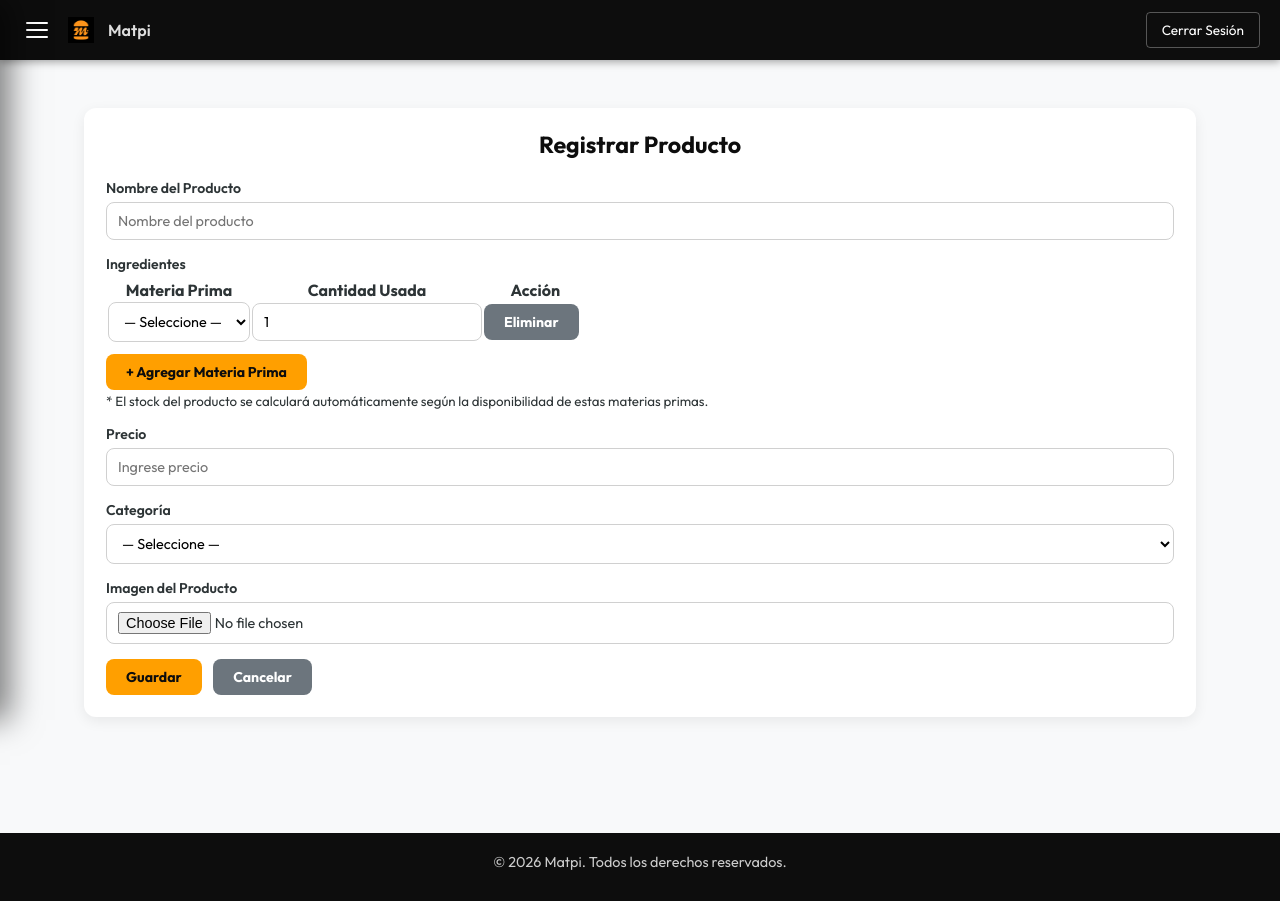
Repository: JuanFelipeNieto/MATPI-Python
Page: MATPI/productos/templates/productos/registrar.html
The author's editor kept a copy of each file at every save. The page is drawn from the files as they stood at one save, then again after a run of saves.
The browser window is 1280 px wide. The pictures show the whole page.
The template is drawn by Django 5.2. The application's start-up code is not run. Other server files are loaded and not shown. The template is opened directly, without the code that normally fills it, so the values that code supplies are empty.

Above is the page before, as saved 2026-03-17 18:49:16.

### MATPI/productos/templates/productos/registrar.html
{% extends 'base.html' %}

{% block title %}Registrar Producto — Matpi{% endblock %}

{% block content %}
<div class="formulario-seccion">
    <h1>Registrar Producto</h1>

    <form method="POST" action="{% url 'registrar_producto' %}" enctype="multipart/form-data">
        {% csrf_token %}



        <div class="form-group">
            <label for="txt_nombre">Nombre del Producto</label>
            <input type="text" id="txt_nombre" name="txt_nombre" placeholder="Nombre del producto" required>
        </div>

        <div class="form-group">
            <label>Ingredientes</label>
            <div class="table-container">
                <table class="table" id="tabla-composicion">
                    <thead>
                        <tr>
                            <th>Materia Prima</th>
                            <th>Cantidad Usada</th>
                            <th>Acción</th>
                        </tr>
                    </thead>
                    <tbody id="body-composicion">
                        <tr class="fila-materia">
                            <td>
                                <select name="materia_id[]" class="form-control" required>
                                    <option value="">— Seleccione —</option>
                                    {% for materia in materias_primas %}
                                        <option value="{{ materia.id }}">{{ materia.nombre_materia_prima }} ({{ materia.unidad_medida }})</option>
                                    {% endfor %}
                                </select>
                            </td>
                            <td>
                                <input type="number" name="materia_cantidad[]" class="form-control" value="1" min="1" required>
                            </td>
                            <td>
                                <button type="button" class="btn btn-cancelar btn-sm" onclick="eliminarFila(this)">Eliminar</button>
                            </td>
                        </tr>
                    </tbody>
                </table>
            </div>
            <button type="button" class="btn btn-azul btn-sm" onclick="agregarFila()" style="margin-top: 10px;">+ Agregar Materia Prima</button>
            <p><small>* El stock del producto se calculará automáticamente según la disponibilidad de estas materias primas.</small></p>
        </div>

        <!-- Eliminamos el campo manual de Cantidad en Stock ya que ahora es automático -->

        <div class="form-group">
            <label for="txt_precio">Precio</label>
            <input type="number" id="txt_precio" name="txt_precio" placeholder="Ingrese precio" required>
        </div>

        <div class="form-group">
            <label for="txt_categoria">Categoría</label>
            <select id="txt_categoria" name="txt_categoria">
                <option value="">— Seleccione —</option>
                <option value="Hamburguesas">Hamburguesas</option>
                <option value="Perros Calientes">Perros Calientes</option>
                <option value="Entradas y Snacks">Entradas y Snacks</option>
                <option value="Combos">Combos</option>
                <option value="Bebidas">Bebidas</option>
                <option value="Postres">Postres</option>
                <option value="Adiciones">Adiciones</option>
                <option value="Salsas">Salsas</option>
            </select>
        </div>

        <div class="form-group">
            <label for="txt_imagen">Imagen del Producto</label>
            <input type="file" id="txt_imagen" name="txt_imagen" accept="image/*">
        </div>

        <button type="submit" class="btn btn-guardar">Guardar</button>
        <a href="{% url 'listar_productos' %}" class="btn btn-cancelar">Cancelar</a>
    </form>
</div>

<script>
    function agregarFila() {
        const tbody = document.getElementById('body-composicion');
        const filas = tbody.getElementsByClassName('fila-materia');
        const nuevaFila = filas[0].cloneNode(true);
        const select = nuevaFila.querySelector('select');
        const input = nuevaFila.querySelector('input');
        if(select) select.value = "";
        if(input) input.value = "1";
        tbody.appendChild(nuevaFila);
    }
    function eliminarFila(boton) {
        const tbody = document.getElementById('body-composicion');
        if (tbody.rows.length > 1) {
            boton.closest('tr').remove();
        } else {
            alert("El producto debe tener al menos una materia prima.");
        }
    }
</script>
{% endblock %}

### MATPI/templates/base.html
{% load static %}
<!DOCTYPE html>
<html lang="es">

<head>
    <meta charset="UTF-8">
    <meta name="viewport" content="width=device-width, initial-scale=1.0">
    <title>{% block title %}Matpi{% endblock %}</title>
    <link rel="icon" href="{% static 'img/Favicon.png' %}">
    <link rel="preconnect" href="https://fonts.googleapis.com">
    <link rel="preconnect" href="https://fonts.gstatic.com" crossorigin>
    <link href="https://fonts.googleapis.com/css2?family=Outfit:wght@300;400;600;700&display=swap" rel="stylesheet">
    <link rel="stylesheet" href="{% static 'css/matpi.css' %}">
    {% block extra_css %}{% endblock %}
</head>

<body>

    <div class="sidebar-overlay" id="sidebarOverlay"></div>

    <aside class="sidebar" id="sidebar">
        <button class="sidebar-close-btn" id="sidebarCloseBtn" title="Cerrar menú">✕</button>

        <div class="sidebar-header">
            <a href="{% url 'dashboard' %}" class="sidebar-header-link">
                <img src="{% static 'img/Logomatpi.png' %}" alt="Matpi" class="sidebar-logo">
                <span class="sidebar-brand">Matpi</span>
            </a>
        </div>

        <nav class="sidebar-nav">
            <div class="nav-section">
                <span class="nav-section-label">General</span>
                <a href="{% url 'dashboard' %}" class="sidebar-link" title="Dashboard">
                    <span class="sidebar-icon">🏠</span>
                    <span class="sidebar-label">Dashboard</span>
                </a>
            </div>

            <div class="nav-section">
                <span class="nav-section-label">Operaciones</span>
                <a href="{% url 'listar_pedidos' %}" class="sidebar-link" title="Pedidos">
                    <span class="sidebar-icon">📋</span>
                    <span class="sidebar-label">Pedidos</span>
                </a>
                <a href="{% url 'listar_facturas' %}" class="sidebar-link" title="Facturas">
                    <span class="sidebar-icon">💰</span>
                    <span class="sidebar-label">Facturas</span>
                </a>
                <a href="{% url 'listar_reservas' %}" class="sidebar-link" title="Reservas">
                    <span class="sidebar-icon">🪑</span>
                    <span class="sidebar-label">Reservas</span>
                </a>
                <a href="{% url 'listar_clientes' %}" class="sidebar-link" title="Clientes">
                    <span class="sidebar-icon">👥</span>
                    <span class="sidebar-label">Clientes</span>
                </a>
            </div>

            <div class="nav-section">
                <span class="nav-section-label">Inventario</span>
                <a href="{% url 'listar_productos' %}" class="sidebar-link" title="Productos">
                    <span class="sidebar-icon">🍔</span>
                    <span class="sidebar-label">Productos</span>
                </a>
                <a href="{% url 'listar_materia_prima' %}" class="sidebar-link" title="Materia Prima">
                    <span class="sidebar-icon">🥬</span>
                    <span class="sidebar-label">Materia Prima</span>
                </a>
                <a href="{% url 'listar_proveedores' %}" class="sidebar-link" title="Proveedores">
                    <span class="sidebar-icon">🚚</span>
                    <span class="sidebar-label">Proveedores</span>
                </a>
            </div>

            {% if es_admin %}
            <div class="nav-section">
                <span class="nav-section-label">Administración</span>
                <a href="{% url 'listar_usuarios' %}" class="sidebar-link" title="Gestión de Cajeros">
                    <span class="sidebar-icon">👤</span>
                    <span class="sidebar-label">Cajeros</span>
                </a>
            </div>
            {% endif %}

        </nav>

        <a href="{% url 'ver_perfil' request.session.usuario_id %}" class="sidebar-footer" title="Mi Perfil">
            <div class="user-avatar-mini" style="width: 35px; height: 35px; background: var(--primary); border-radius: 10px; display: flex; align-items: center; justify-content: center; font-size: 1.2rem; color: var(--black); font-weight: bold; flex-shrink: 0;">
                👤
            </div>
            <div class="sidebar-label" style="overflow: hidden; text-overflow: ellipsis; white-space: nowrap;">
                <span style="display: block; color: var(--white); font-weight: 600;">{{ request.session.usuario_nombre|default:"Usuario" }}</span>
                <small style="font-size: 0.65rem; color: var(--primary); font-weight: 800; text-transform: uppercase;">
                    {% if es_admin %}ADMINISTRADOR{% else %}CAJERO{% endif %}
                </small>
            </div>
        </a>
    </aside>

    <div class="page-wrapper" id="pageWrapper">
        <header class="topbar">
            <button class="topbar-menu-btn" id="topbarMenuBtn" title="Abrir menú">
                <span class="hamburger-line"></span>
                <span class="hamburger-line"></span>
                <span class="hamburger-line"></span>
            </button>
            <a href="{% url 'dashboard' %}" class="topbar-logo-link">
                <img src="{% static 'img/Logomatpi.png' %}" alt="Matpi" class="topbar-logo">
            </a>
            <span class="topbar-title">Matpi</span>

            <a href="{% url 'logout' %}" class="logout-btn" style="margin-left: auto; color: white; text-decoration: none; padding: 8px 15px; font-size: 0.85em; border: 1px solid rgba(255,255,255,0.3); border-radius: 4px;" onclick="return confirm('¿Estás seguro de que deseas cerrar sesión?');">Cerrar Sesión</a>
        </header>

        <main>
            {% if messages %}
                <div class="messages-container" style="padding: 15px 20px 0 20px;">
                    {% for message in messages %}
                        <div class="alert alert-{{ message.tags }}"
                             style="padding: 12px; margin-bottom: 10px; border-radius: 6px; border-left: 5px solid
                                    {% if message.tags == 'error' %} #721c24; background-color: #f8d7da; color: #721c24;
                                    {% elif message.tags == 'success' %} #155724; background-color: #d4edda; color: #155724;
                                    {% else %} #856404; background-color: #fff3cd; color: #856404; {% endif %}">
                            {{ message }}
                        </div>
                    {% endfor %}
                </div>
            {% endif %}

            <div class="content-body" style="padding: 20px;">
                {% block content %}{% endblock %}
            </div>
        </main>

        <footer>
            <p>© 2026 Matpi. Todos los derechos reservados.</p>

        </footer>
    </div>

    <script>
        (function () {
            const sidebar = document.getElementById('sidebar');
            const overlay = document.getElementById('sidebarOverlay');
            const openBtn = document.getElementById('topbarMenuBtn');
            const closeBtn = document.getElementById('sidebarCloseBtn');

            function openSidebar() {
                sidebar.classList.add('open');
                overlay.classList.add('active');
                document.body.classList.add('sidebar-open');
            }

            function closeSidebar() {
                sidebar.classList.remove('open');
                overlay.classList.remove('active');
                document.body.classList.remove('sidebar-open');
            }

            openBtn.addEventListener('click', openSidebar);
            closeBtn.addEventListener('click', closeSidebar);
            overlay.addEventListener('click', closeSidebar);

            // Resaltar link activo
            const currentPath = window.location.pathname;
            document.querySelectorAll('.sidebar-link').forEach(function (link) {
                const href = link.getAttribute('href');
                // Si estamos en la raíz del dashboard o en una sub-url del módulo
                if (href === currentPath || (href !== '/' && currentPath.startsWith(href))) {
                    link.classList.add('active');
                }
            });
        })();
    </script>

</body>
</html>

Loaded but not shown: MATPI/static/css/matpi.css (795 lines, source omitted)

After the next 2 saves:
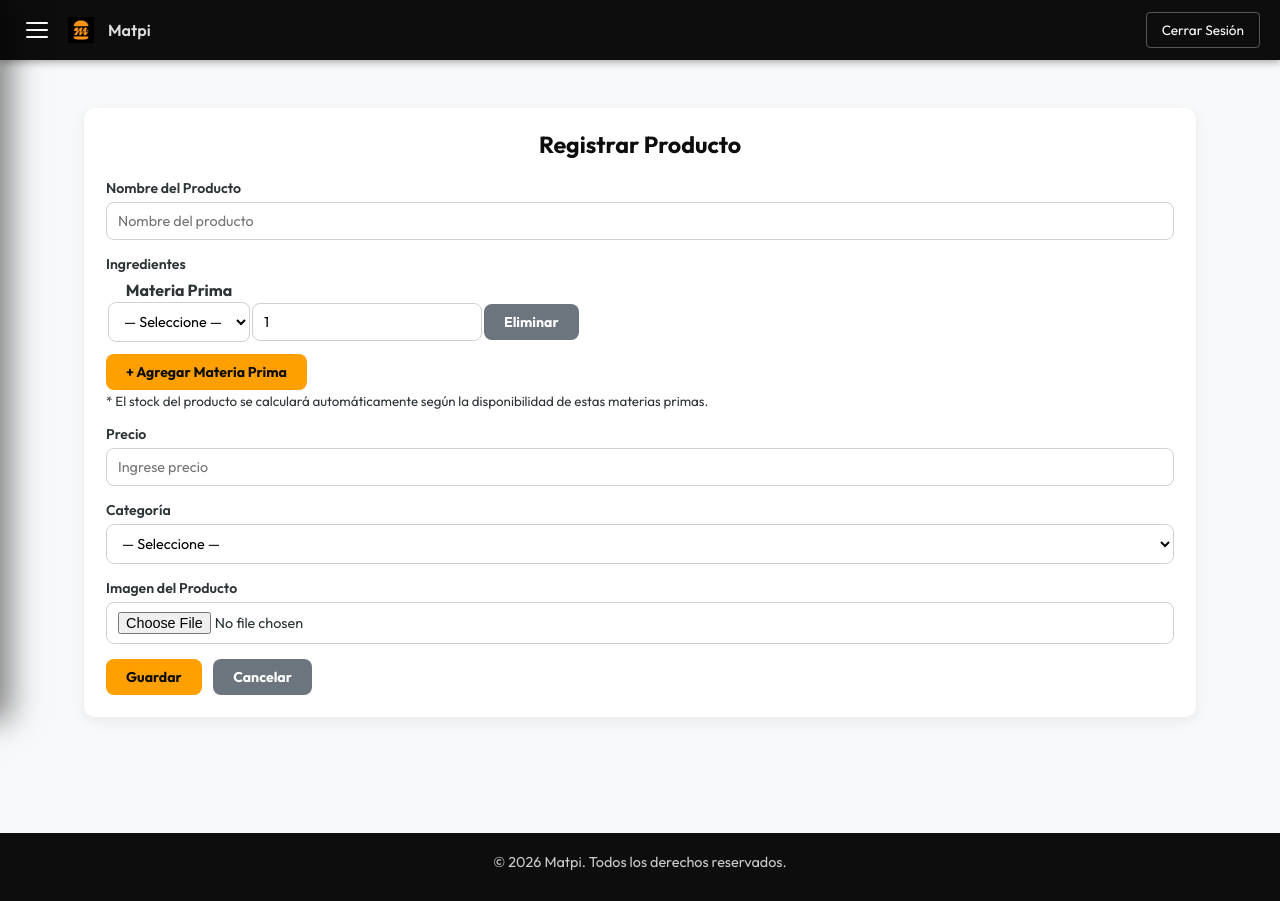
The 2 saves are shown as one change because they came seconds apart.
The last was saved 10 s later.
--- a/MATPI/productos/templates/productos/registrar.html
+++ b/MATPI/productos/templates/productos/registrar.html
@@ -23,8 +23,6 @@
                     <thead>
                         <tr>
                             <th>Materia Prima</th>
-                            <th>Cantidad Usada</th>
-                            <th>Acción</th>
                         </tr>
                     </thead>
                     <tbody id="body-composicion">
